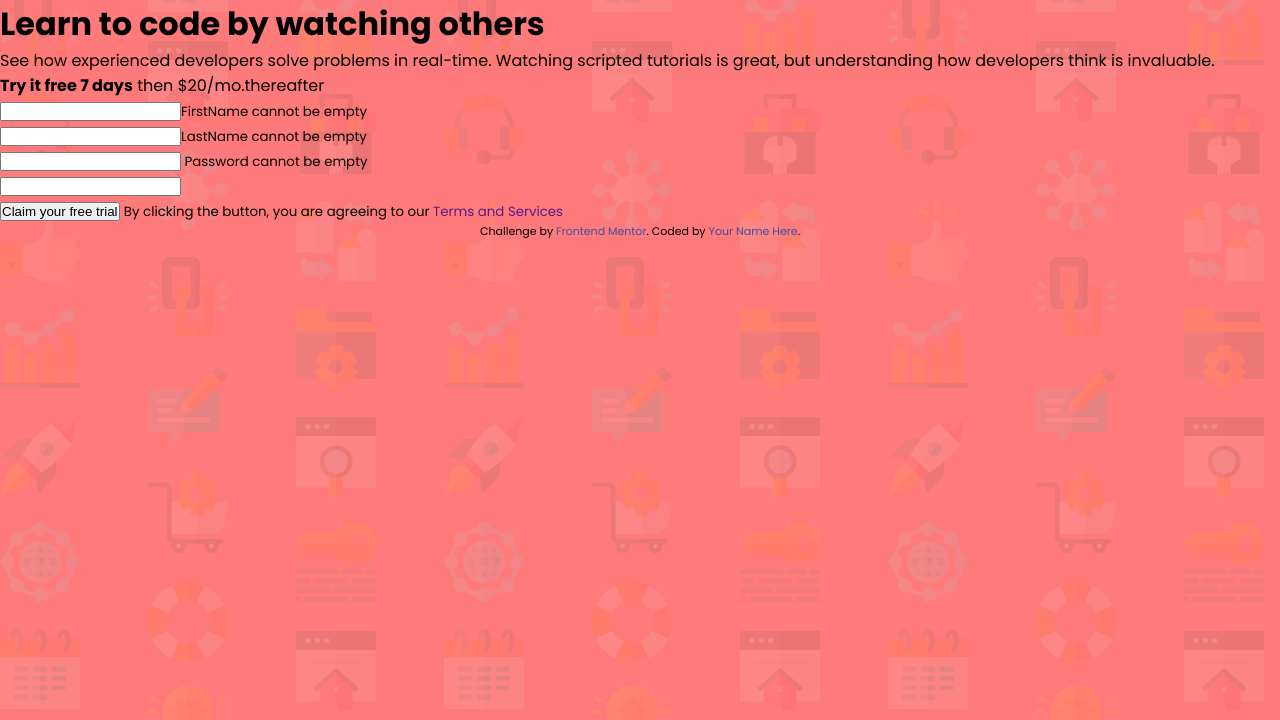
Repository: Akashiii1/WebSignup_Form_Day2
Page: index.html
An editor plug-in stored every save of this project. The page is shown before and after a run of saves, followed by the edit.
The browser window is 1280 px wide. The pictures show the whole page.

Above is the page before, as saved 2021-12-19 16:31:21.

### index.html
<!DOCTYPE html>
<html lang="en">
  <head>
    <meta charset="UTF-8" />
    <meta name="viewport" content="width=device-width, initial-scale=1.0" />
    <!-- displays site properly based on user's device -->

    <link
      rel="icon"
      type="image/png"
      sizes="32x32"
      href="./images/favicon-32x32.png"
    />

    <title>Frontend Mentor | Intro component with sign up form</title>

    <!-- Feel free to remove these styles or customise in your own stylesheet 👍 -->
    <link rel="stylesheet" href="style.css" />
    <style>
      .attribution {
        font-size: 11px;
        text-align: center;
      }

      .attribution a {
        color: hsl(228, 45%, 44%);
      }
    </style>
  </head>

  <body>
    <!--




  First Name
  Last Name
  Email Address
  Password



   -->
    <div class="container">
      <div>
        <h1>Learn to code by watching others</h1>
        <p>
          See how experienced developers solve problems in real-time. Watching
          scripted tutorials is great, but understanding how developers think is
          invaluable.
        </p>
      </div>
      <div>
        <div class="box">
          <p><strong> Try it free 7 days</strong> then $20/mo.thereafter</p>
        </div>
        <form action="" class="box">
          <div class="form-control"><input type="text" /><small>FirstName cannot be empty</small></div>
          <div class="form-control"><input type="text" /><small>LastName cannot be empty</small></div>
          <div class="form-control"><input type="password" /><small>
           Password cannot be empty
          </small></div>
          <div class="form-control"><input type="text" /><small></small></div>
          <button>Claim your free trial</button>
          <small
            >By clicking the button, you are agreeing to our
            <a href="">Terms and Services</a></small
          >
        </form>
      </div>
    </div>
    <footer>
      <p class="attribution">
        Challenge by
        <a href="https://www.frontendmentor.io?ref=challenge" target="_blank"
          >Frontend Mentor</a
        >. Coded by <a href="#">Your Name Here</a>.
      </p>
    </footer>
    <script src="app.js"></script>
  </body>
</html>

### style.css
@import url('https://fonts.googleapis.com/css2?family=Poppins:wght@400;500;600;700&display=swap');
html {
box-sizing: border-box;
}
*{
margin: 0;
padding: 0;
}
*,*:before,*:after {
box-sizing: border-box;
}
input,
textarea,
select,
button{
outline: none;
}
input{
line-height: normal;
}
label,
button{
cursor: pointer;
}
a {
text-decoration: none;
}
img {
display: block;
max-width: 100%;
}
body{
  font-family: 'Poppins', sans-serif;
  background: url(images/bg-intro-desktop.png);
  background-color: hsl(0, 100%, 74%) ;
}

Loaded but not shown: app.js (no stored copy; drawn as an empty file)

After the next 2 saves:
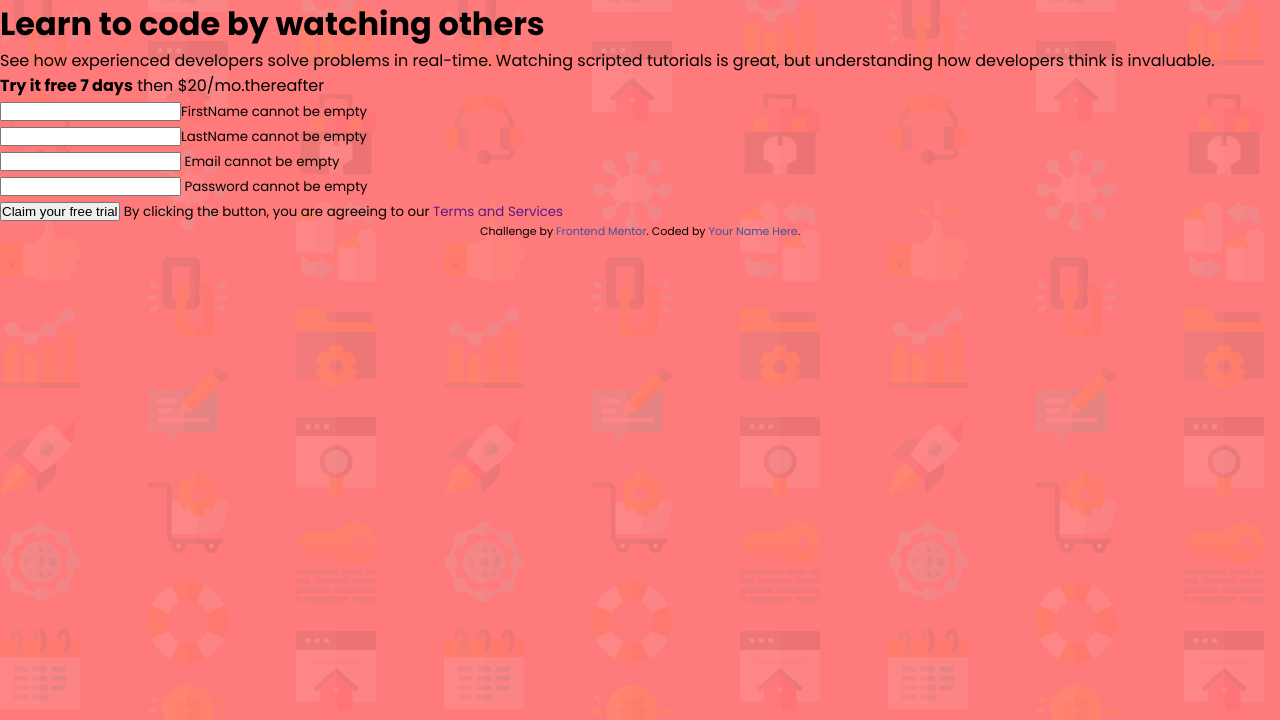
The 2 saves are shown as one change because they came seconds apart.
The last was saved 34 s later.
--- a/index.html
+++ b/index.html
@@ -58,10 +58,12 @@
         <form action="" class="box">
           <div class="form-control"><input type="text" /><small>FirstName cannot be empty</small></div>
           <div class="form-control"><input type="text" /><small>LastName cannot be empty</small></div>
+          <div class="form-control"><input type="email" /><small>
+          Email cannot be empty
+          </small></div>
           <div class="form-control"><input type="password" /><small>
-           Password cannot be empty
+            Password cannot be empty
           </small></div>
-          <div class="form-control"><input type="text" /><small></small></div>
           <button>Claim your free trial</button>
           <small
             >By clicking the button, you are agreeing to our
